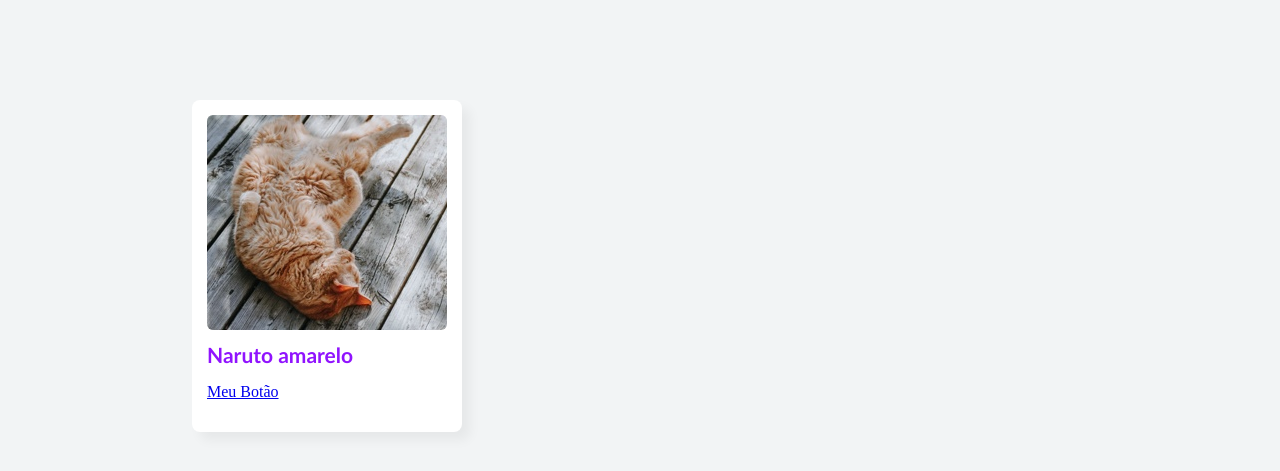
Repository: alessandradiamantino/Curso-Front-End-Design
Page: 1 - Introdução ao HTML e CSS/2 - Exercício CSS/01/codesignerspro-arquivos-exercicio-css-02/codesignerspro-arquivos-exercicio-css-02/index.html
An editor plug-in stored every save of this project. The page is shown before and after the next save, followed by the edit.
The browser window is 1280 px wide. The pictures show the whole page.

Above is the page before, as saved 2021-07-28 11:50:12.

### 1 - Introdução ao HTML e CSS/2 - Exercício CSS/01/codesignerspro-arquivos-exercicio-css-02/codesignerspro-arquivos-exercicio-css-02/index.html
<!DOCTYPE html>
<html lang="pt-br">

<head>
  <meta charset="UTF-8">
  <meta name="viewport" content="width=device-width, initial-scale=1.0">
  <meta http-equiv="X-UA-Compatible" content="ie=edge">
  <title>Exercício CSS 02</title>
  <link rel="stylesheet" type="text/css" href="css/style.css" />
</head>

<body>
  <main>
  <div class="card-container">
    <div class="card">
      <img src="images/gato-01.jpg"
        alt="gato deitado"
        title="gatinho"
        class="card-image"
      />
      <div class="card-body">
        <h1>Naruto amarelo</h1>
    </div>
    <div class="card-footer">
     <p><a href="https://web.whatsapp.com/">Meu Botão</a></p>
    </div>
  </div>
</div>
  </main>
</body>

</html>

### 1 - Introdução ao HTML e CSS/2 - Exercício CSS/01/codesignerspro-arquivos-exercicio-css-02/codesignerspro-arquivos-exercicio-css-02/css/style.css
body{
  background-color: #f2f4f5;
  margin: 0;
}
main {
  width: 70%;
  display: table;
  margin: 100px auto 0 auto;
}
.card-container {
  width: 270px;
  display: table;
}

.card {
  width: 100%;
  display: table;
  background-color: #fff;
  border-radius: 8px;
  box-shadow: 8px 8px 12px rgba(0, 0, 0, 0.05);
  padding: 15px;
  box-sizing: border-box;
}

.card .card-image {
  width: 100%;
  max-width: 100%;
  height: auto;
  border-radius: 6px;
  display: block;
}

.card .card-body {
  width: 100%;
  display: table;
  margin-top: 13px;
}

.card .card-body h1 {
  font-family:'Gill Sans', 'Gill Sans MT', Calibri, 'Trebuchet MS', sans-serif;
  font-size: 21px;
  font-weight: 800;
  line-height: 24px;
  color: #9013fe;
  margin: 0;
}

.card .card-footer {
  width: 100%;
  display: table;
}

After the next save:
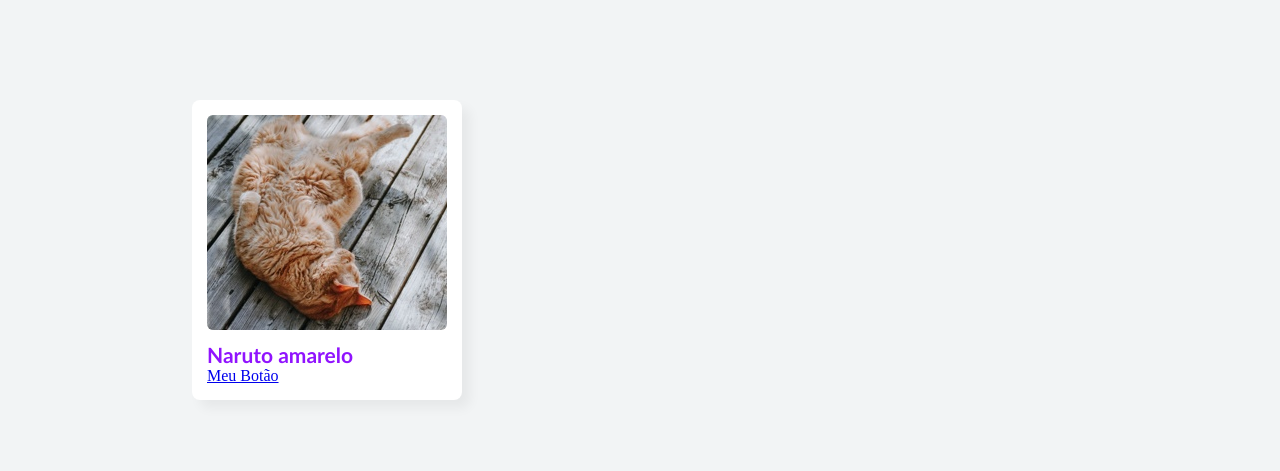
Saved 82 s later.
--- a/1 - Introdução ao HTML e CSS/2 - Exercício CSS/01/codesignerspro-arquivos-exercicio-css-02/codesignerspro-arquivos-exercicio-css-02/index.html
+++ b/1 - Introdução ao HTML e CSS/2 - Exercício CSS/01/codesignerspro-arquivos-exercicio-css-02/codesignerspro-arquivos-exercicio-css-02/index.html
@@ -22,7 +22,7 @@
         <h1>Naruto amarelo</h1>
     </div>
     <div class="card-footer">
-     <p><a href="https://web.whatsapp.com/">Meu Botão</a></p>
+     <a href="https://web.whatsapp.com/">Meu Botão</a>
     </div>
   </div>
 </div>
